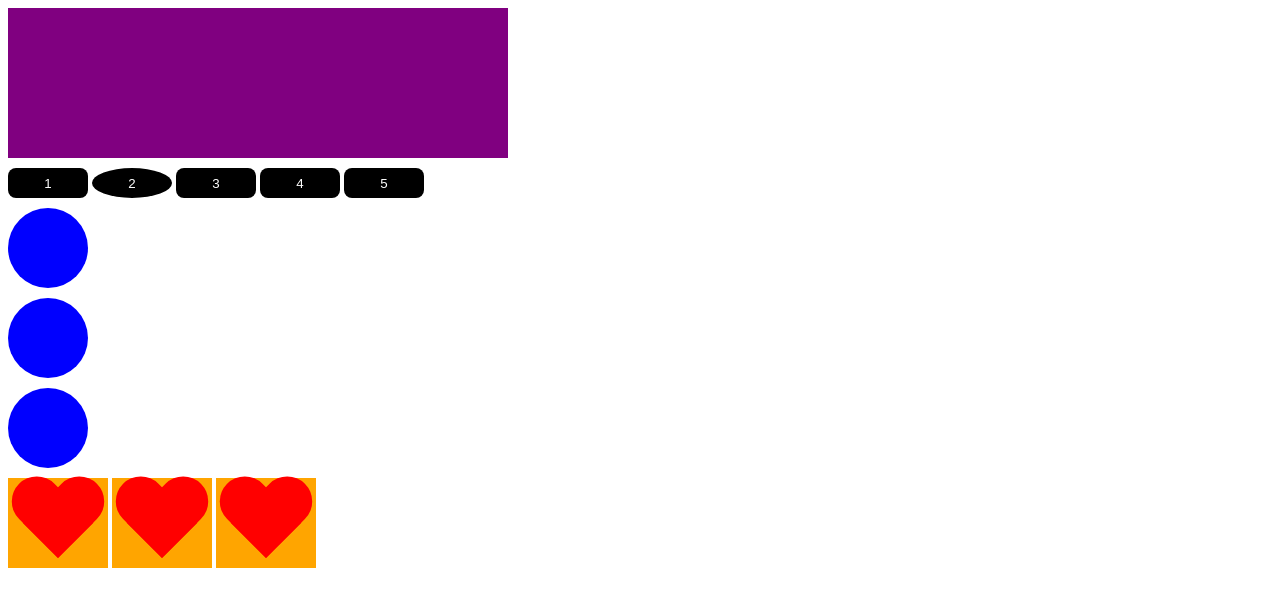
Repository: armus503/First_homework
Page: index2.html
These files come from the project's save history. The page is drawn as it stood at one moment and after the next save; the edit follows.
The browser window is 1280 px wide. The pictures show the whole page.

Above is the page before, as saved 2021-08-26 00:54:24.

After the next save:
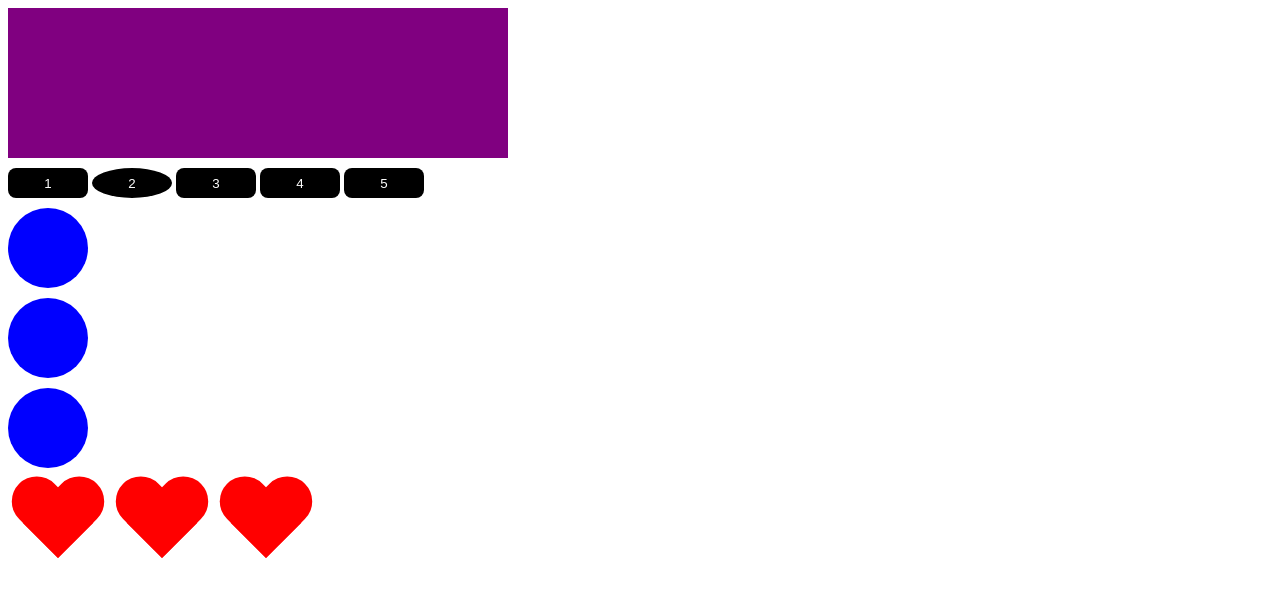
Saved 2 min 33 s later.
--- a/script2.js
+++ b/script2.js
@@ -21,6 +21,7 @@ box.style.cssText = 'background-color: purple; width: 500px'; //стили за
 //так же можно использовать переменные, если свойства меняются динамически
 
 //Для произведения одних и тех же действий над несколькими элементами используем циклы for, for...in, forEach(только вместе с querySelectorAll):
-for (let i = 0; i < hearts.length; i++) {
+
+/*for (let i = 0; i < hearts.length; i++) {
     hearts[i].style.backgroundColor = 'orange';
-}
+}*/
